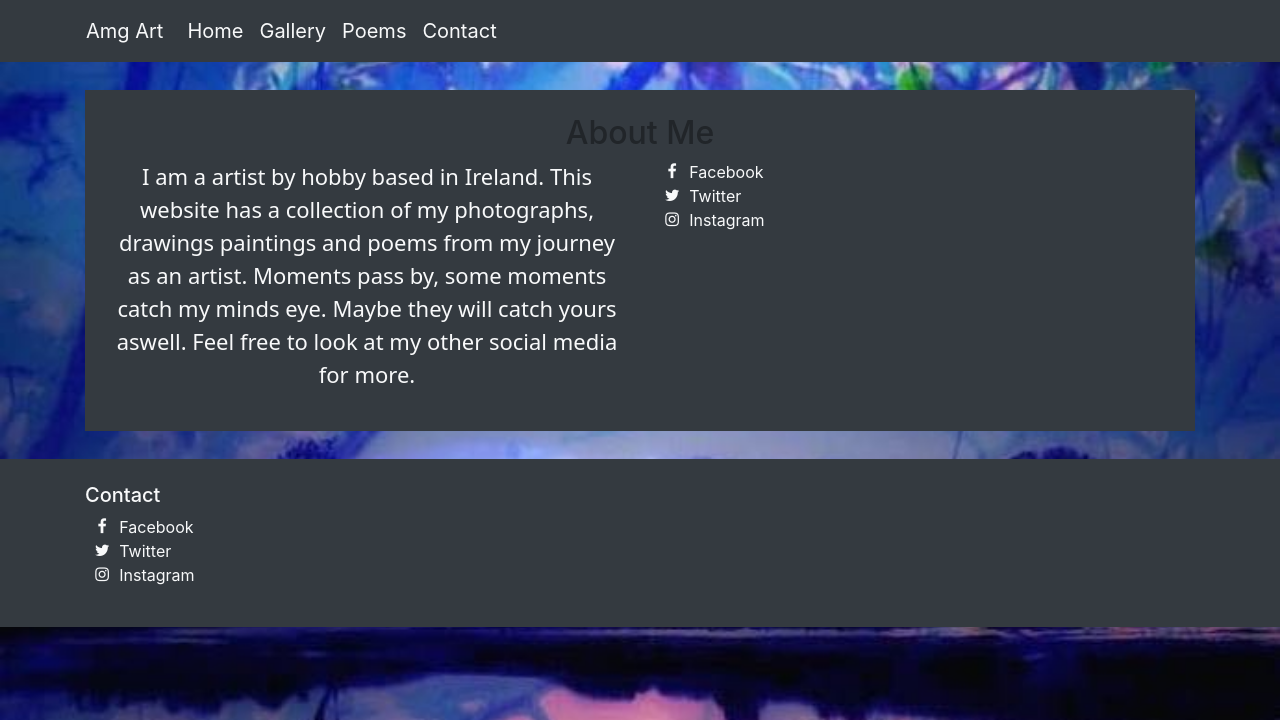
Repository: AllenGleeson/AmgArtGallery
Page: contact.html
The author's editor kept a record of every edit. The page is drawn from the files as they stood at one moment, then again after the next edit.
The browser window is 1280 px wide. The pictures show the whole page.

Above is the page before.

### contact.html
<!DOCTYPE html>
<html>

<head>
    <meta charset="UTF-8">
    <meta name="viewport" content="width=device-width, initial-scale=1.0">
    <meta http-equiv="X-UA-Compatible" content="ie=edge">
    <link rel="stylesheet" href="https://stackpath.bootstrapcdn.com/bootstrap/4.3.1/css/bootstrap.min.css" type="text/css" />
    <link rel="stylesheet" href="https://stackpath.bootstrapcdn.com/font-awesome/4.7.0/css/font-awesome.min.css" type="text/css" />
    <link rel="stylesheet" href="assets/css/style.css" type="text/css" />
</head>

<body>
    <header class="bg-dark mb-2">
        <nav class="navbar navbar-expand-sm navbar-light container">
            <a class="navbar-brand text-light" href="/">Amg Art</a>
            <button class="navbar-toggler" type="button" data-toggle="collapse" data-target="#navbarNavAltMarkup" aria-controls="navbarNavAltMarkup" aria-expanded="false" aria-label="Toggle navigation">
                <span class="navbar-toggler-icon"></span>
            </button>
            <div class="collapse navbar-collapse" id="navbarNavAltMarkup">
                <div class="navbar-nav">
                    <a class="nav-item nav-link text-light" href="/">Home</a>
                    <a class="nav-item nav-link text-light" href="/gallery1.html">Gallery</a>
                    <a class="nav-item nav-link text-light" href="/poems.html">Poems</a>
                    <a class="nav-item nav-link text-light active" href="/contact.html">Contact <span class="sr-only">(current)</span></a>
                </div>
            </div>
        </nav>
    </header>

    <section class="container">
        <div>

            <div class="bg-dark p-4">
                <h2  class="text-center">About Me</h2>
                <div class="row">
                    <div class="col-sm-6 text-center text-light" id="aboutmeBio">
                        <p>
                            I am a artist by hobby based in Ireland. This website has a collection of my photographs, drawings paintings and poems from my journey as an artist. Moments pass by, some moments catch my minds eye. Maybe they will catch yours aswell. Feel free to look
                            at my other social media for more.
                        </p>
                    </div>
                    <div class="col-sm-6">
                        <ul class="fa-ul">
                            <li><a href="www.facebook.com/amgasdsd" class="text-light"><span><i class="fa-li fa fa-facebook"></i>Facebook</span></a></li>
                            <li><a href="www.twitter.com/amgasdsd" class="text-light"><i class="fa-li fa fa-twitter"></i><span>Twitter</span></a></li>
                            <li><a href="www.instagram.com/amgasdsd" class="text-light"><i class="fa-li fa fa-instagram"></i><span>Instagram</span></a></li>
                        </ul>
                    </div>
                </div>
            </div>


        </div>
    </section>

    <footer class="mt-2 p-4 bg-dark text-light">
        <div class="container">
            <div class="row">
                <div class="col-sm-6">
                    <h5>Contact</h5>

                    <ul class="fa-ul">
                        <li><a href="www.facebook.com/amgasdsd" class="text-light"><i class="fa-li fa fa-facebook"></i><span>Facebook</span></a></li>
                        <li><a href="www.twitter.com/amgasdsd" class="text-light"><i class="fa-li fa fa-twitter"></i><span>Twitter</span></a></li>
                        <li><a href="www.instagram.com/amgasdsd" class="text-light"><i class="fa-li fa fa-instagram"></i><span>Instagram</span></a></li>
                    </ul>
                </div>
            </div>
        </div>
    </footer>

    <script src="https://code.jquery.com/jquery-3.3.1.slim.min.js" integrity="sha384-q8i/X+965DzO0rT7abK41JStQIAqVgRVzpbzo5smXKp4YfRvH+8abtTE1Pi6jizo" crossorigin="anonymous"></script>
    <script src="https://cdnjs.cloudflare.com/ajax/libs/popper.js/1.14.7/umd/popper.min.js" integrity="sha384-UO2eT0CpHqdSJQ6hJty5KVphtPhzWj9WO1clHTMGa3JDZwrnQq4sF86dIHNDz0W1" crossorigin="anonymous"></script>
    <script src="https://stackpath.bootstrapcdn.com/bootstrap/4.3.1/js/bootstrap.min.js" integrity="sha384-JjSmVgyd0p3pXB1rRibZUAYoIIy6OrQ6VrjIEaFf/nJGzIxFDsf4x0xIM+B07jRM" crossorigin="anonymous"></script>
</body>

</html>

### assets/css/style.css
section {
    display: block;
    width: 1800px;
    padding: 20px;
}

/*------------------------------------------------Color*/

.contentColor {
    background-color: #6A5ACD;
}

/*------------------------------------------------Nav Bar*/

.navbar-toggler {
    background-color: #fafafa;
}

.navbar-nav {
    font-size: 20px;
}

body {
    background-image: url("../images/bluescape.jpg");
    background-size: cover;
    background-repeat: no-repeat;
    background-position: center center;
}


/*------------------------------------------------Home Page*/

#FeaturedImages {
    border: 1px solid black;
    border-color: #fafafa;
    max-height: 700px;
    margin-left: auto;
    margin-right: auto;
    width: fit-content;
}

.carousel-item img {
    max-height: 700px;
}

@media only screen and (max-width: 768px) {
    .carousel-item img {
        max-height: 300px;
        max-width: 300px;
    }
}

/*------------------------------------------------Gallery Page*/

.galleryImage {
    max-height: 350px;
    max-width: 100%;
    margin-bottom: 20px;
    -webkit-box-shadow: 21px 11px 53px 0px rgba(235, 209, 235, 0.92);
    -moz-box-shadow: 21px 11px 53px 0px rgba(235, 209, 235, 0.92);
    box-shadow: 21px 11px 53px 0px rgba(235, 209, 235, 0.92);
}

@media only screen and (max-width: 768px) {
    .galleryImage {
        max-height: none;
    }
}

.page-item.disabled .page-link {
    color: #dee2e6;
    pointer-events: none;
    cursor: auto;
    background-color: #343a40;
}

.page-item.active .page-link {
    z-index: 1;
    color: #343a40;
    background-color: #fff;
    border-color: #fff;
}

.page-link {
    position: relative;
    display: block;
    padding: .5rem .75rem;
    margin-left: -1px;
    line-height: 1.25;
    color: #fafafa;
    background-color: #343a40;
    border: 1px solid #dee2e6;
}

/*------------------------------------------------Poems*/

.poems {
    max-width: 100%;
    -webkit-box-shadow: 21px 11px 53px 0px rgba(235, 209, 235, 0.92);
    -moz-box-shadow: 21px 11px 53px 0px rgba(235, 209, 235, 0.92);
    box-shadow: 21px 11px 53px 0px rgba(235, 209, 235, 0.92);
    padding: 0;
    border: none;
}

/*------------------------------------------------Contact*/

.aboutmeContainer {
    -webkit-box-shadow: 21px 11px 53px 0px rgba(235, 209, 235, 0.92);
    -moz-box-shadow: 21px 11px 53px 0px rgba(235, 209, 235, 0.92);
    box-shadow: 21px 11px 53px 0px rgba(235, 209, 235, 0.92);
    margin-bottom: 90px;
}

#aboutmeBio {
    font-size: 22px;
    font-family: Noto Sans, "san-serif";
    color: #fafafa;
}

#aboutImage {
    max-height: 350px;
    max-width: 100%;
    margin-bottom: 20px;
    -webkit-box-shadow: 21px 11px 53px 0px rgba(235, 209, 235, 0.92);
    -moz-box-shadow: 21px 11px 53px 0px rgba(235, 209, 235, 0.92);
    box-shadow: 21px 11px 53px 0px rgba(235, 209, 235, 0.92);
}

@media only screen and (max-width: 768px) {
    #aboutImage {
        max-height: none;
    }
}

/*------------------------------------------------Footer*/

footer {
    bottom: 0;
    width: 100%;
    white-space: nowrap;
    /* Set the fixed height of the footer here */
    margin: 0;
    margin-top: 250px;
}

@media only screen and (max-width: 500px) {
    footer {
        margin-top: 20px;
    }
}

#footer-icon {
    max-width: 150px;
}

After the next edit:
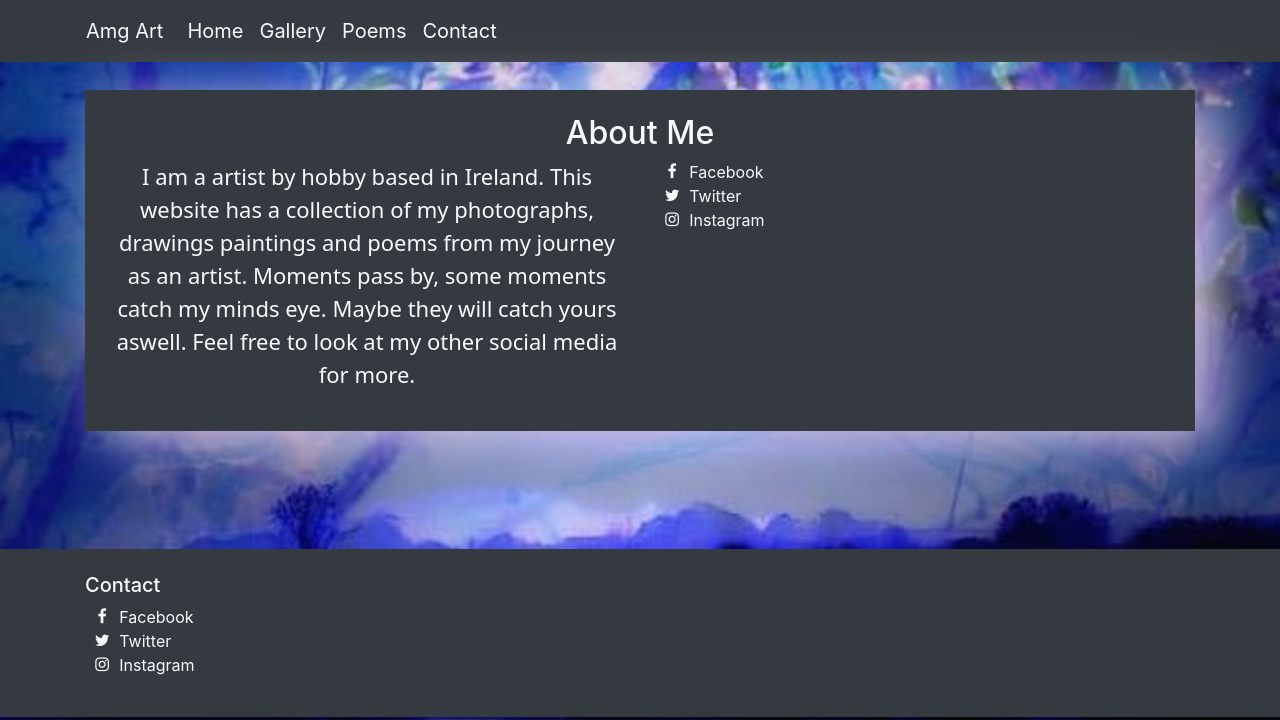
The edit:
--- a/contact.html
+++ b/contact.html
@@ -31,8 +31,8 @@
     <section class="container">
         <div>
 
-            <div class="bg-dark p-4">
-                <h2  class="text-center">About Me</h2>
+            <div class="bg-dark p-4 aboutmeContainer">
+                <h2  class="text-center text-light">About Me</h2>
                 <div class="row">
                     <div class="col-sm-6 text-center text-light" id="aboutmeBio">
                         <p>
